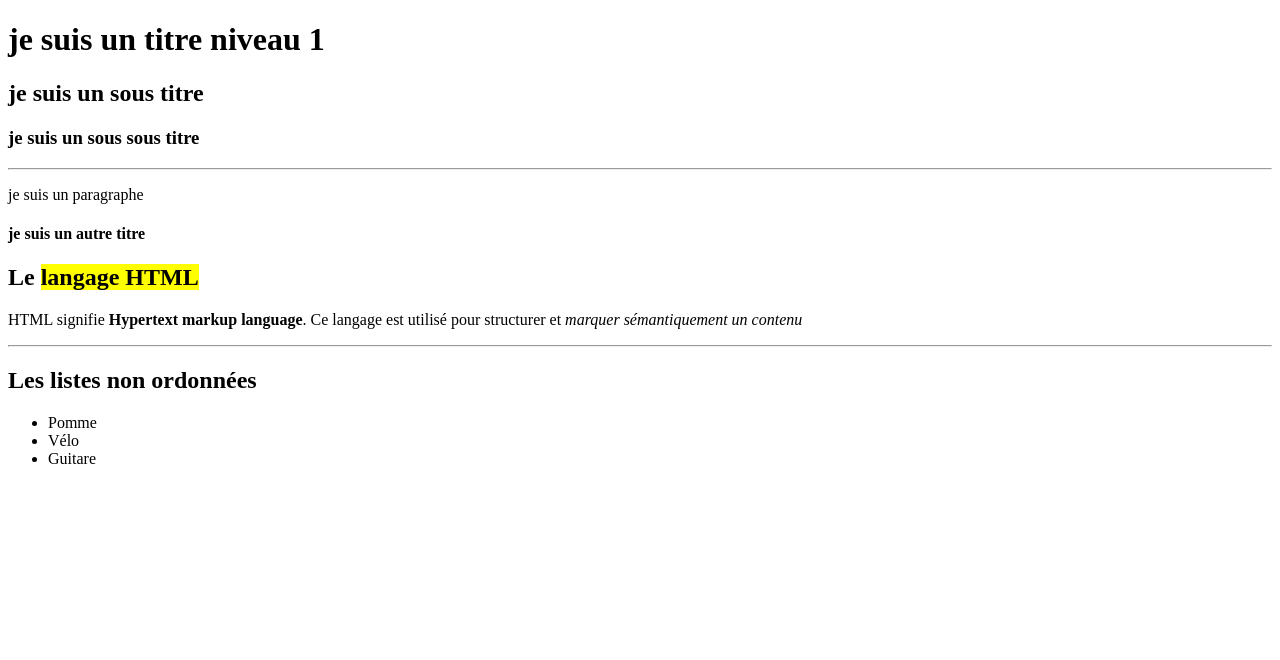
Repository: serviceshuios/Git-Aix-Web
Page: bases-html/WebContent/index.html
An editor plug-in stored every save of this project. The page is shown before and after the next save, followed by the edit.
The browser window is 1280 px wide. The pictures show the whole page.

Above is the page before, as saved 2018-10-22 10:13:05.

### bases-html/WebContent/index.html
<!DOCTYPE html>
<html>
	<head>
		<meta charset="utf-8"/>
		<title>BASES HTML</title>
	</head>
	<body>
		<!-- je suis un commentaire -->
		<h1>je suis un titre niveau 1</h1>
		<h2>je suis un sous titre</h2>
		<h3>je suis un sous sous titre</h3>
		<hr/>
		<p> je suis un paragraphe</p>
		<h4>je suis un autre titre</h4>

		<!-- strong em et mark -->
		<h2>Le <mark>langage HTML</mark></h2>
		<p>
			HTML signifie <strong>Hypertext markup language</strong>. Ce langage est utilisé pour
			structurer et <em>marquer sémantiquement un contenu</em>
		</p>
		<!-- liste non ordonnée -->
		<hr/>
		<h2>Les listes non ordonnées</h2>
		<ul>
			<li>Pomme</li>
			<li>Vélo</li>
			<li>Guitare</li>
		</ul>
	</body>

</html>

After the next save:
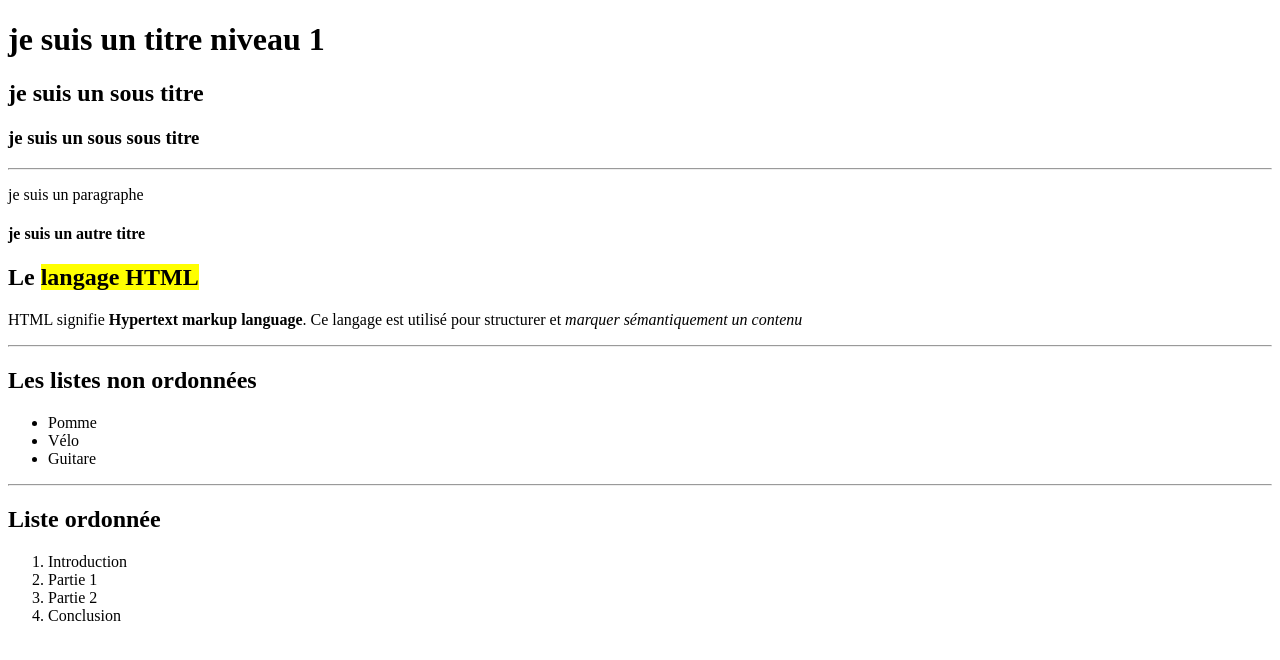
Saved 2 min 9 s later.
--- a/bases-html/WebContent/index.html
+++ b/bases-html/WebContent/index.html
@@ -27,6 +27,15 @@
 			<li>Vélo</li>
 			<li>Guitare</li>
 		</ul>
+		<!-- liste ordonnée -->
+		<hr/>
+		<h2>Liste ordonnée</h2>
+		<ol>
+			<li>Introduction</li>
+			<li>Partie 1</li>
+			<li>Partie 2</li>
+			<li>Conclusion</li>
+		</ol>
 	</body>
 
 </html>
